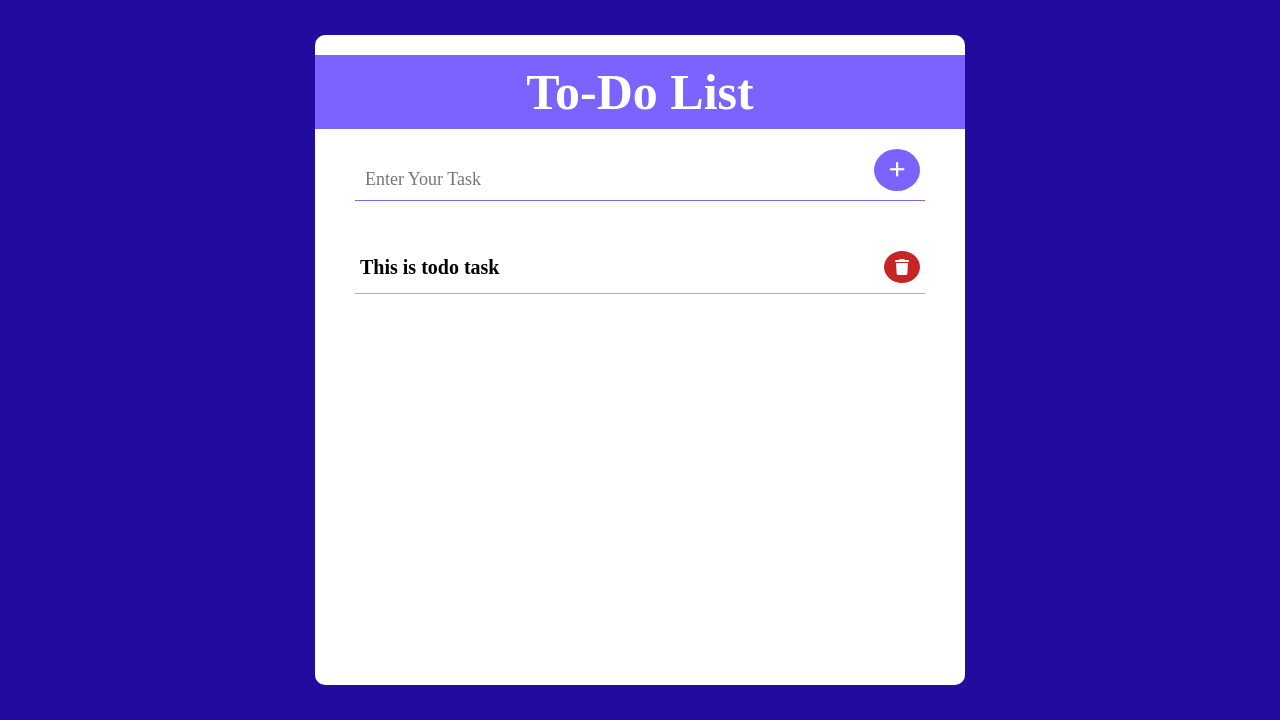
Repository: AliHassan02-Dev/To-Do-App
Page: /, after clicking the first element matching `span.fa-solid`
The author's editor kept a copy of each file at every save. The page is drawn from the files as they stood at one save, then again after the next save.
The browser window is 1280 px wide. The pictures show the whole page.
Some web libraries are served in a nearby version. The project was rebuilt for these pictures with package versions that can differ from the ones it lists, and the page was loaded fresh each time. Also part of the build but not shown: vite.config.js.

Above is the page before, as saved 2024-10-28 12:09:36.

### src/main.jsx
import { StrictMode } from 'react'
import { createRoot } from 'react-dom/client'
import './App.css'
import App from './App.jsx'

createRoot(document.getElementById('root')).render(
  <>
    <App />
  </>,
)

### src/App.css
* {
  margin: 0;
  padding: 0;
  box-sizing: border-box;
  font-family: poppins;
}

.mainWrapper {
  width: 100%;
  height: 100vh;
  background-color: rgb(34, 12, 160);
  display: flex;
  justify-content: center;
  flex-direction: column;
}

.mainWrapper .container {
  width: 100%;
  max-width: 650px;
  height: 650px;
  background-color: white;
  margin: auto;
  border-radius: 10px;
}

.mainWrapper .container .topBar {
  margin: 20px 0px;
}

.mainWrapper .container .topBar h2 {
  width: 100%;
  text-align: center;
  background-color: rgb(122, 99, 255);
  font-size: 50px;
  padding: 8px;
  color: white;
}

.mainWrapper .container .topBar .addTask {
  width: 100%;
  display: flex;
  justify-content: center;
  align-items: center;
  padding: 10px 40px;
  margin-top: 20px;
  position: relative;
}

.mainWrapper .container .topBar .addTask .wrapper {
  width: 100%;
  display: flex;
  justify-content: center;
  align-items: center;
  position: relative;
}

.mainWrapper .container .topBar .addTask input {
  width: 100%;
  border: none;
  border-bottom: 1px solid rgb(122, 99, 255);
  font-size: 18px;
  padding: 10px;
  outline: none;
}

.mainWrapper .container .topBar .addTask span {
  position: absolute;
  bottom: 10px;
  right: 5px;
  background-color: rgb(122, 99, 255);
  color: white;
  font-size: 18px;
  padding: 12px 15px;
  border-radius: 100%;
  cursor: pointer;
}

.mainWrapper .container .bottomBar {
  margin: 20px 0px;
  padding: 10px 40px;
}

.mainWrapper .container .bottomBar ol {
  list-style-type: none;
}

.mainWrapper .container .bottomBar .taskList {
  width: 100%;
  flex-wrap: nowrap;
  display: flex;
  justify-content: space-between;
  align-items: center;
  border-bottom: 1px solid rgba(100, 100, 100, 0.5);
  padding: 10px 5px;
}

.mainWrapper .container .bottomBar .taskList li {
  font-size: 20px;
  font-weight: 600;
}

.mainWrapper .container .bottomBar .taskList span {
  color: white;
  background-color: rgb(199, 37, 37);
  padding: 8px 11px;
  font-size: 16px;
  border-radius: 100%;
  cursor: pointer;
}

### src/App.jsx
import React, { useState } from "react";
import TaskList from "./Components/TaskList";

const App = () => {
  const [taskValue, setTaskValue] = useState("");
  const [TaskItems, setTaskItems] = useState([]);

  const handleEvent = (e) => {
    setTaskValue(e.target.value);
  };

  const addTaskItem = () => {
    setTaskItems((prevItem) => {
      return [...prevItem, taskValue];
    });
    setTaskValue("");
  };

  return (
    <div className="mainWrapper">
      <div className="container">
        <div className="topBar">
          <h2>To-Do List</h2>

          <div className="addTask">
            <div className="wrapper">
              <input
                type="text"
                placeholder="Enter Your Task"
                onChange={handleEvent}
                value={taskValue}
              />
              <span className="fa-solid fa-plus" onClick={addTaskItem}></span>
            </div>
          </div>
        </div>
        <div className="bottomBar">
          <ol>
            {TaskItems.map((elem, idx) => {
              return <TaskList id={idx} key={idx} data={elem} />;
            })}
          </ol>
        </div>
      </div>
    </div>
  );
};

export default App;

### src/Components/TaskList.jsx
import React from "react";

const TaskList = ({ data }) => {
  console.log(data);
  return (
    <div className="taskList">
      <li>This is todo task</li>
      <span className="fa-solid fa-trash"></span>
    </div>
  );
};

export default TaskList;

Loaded but not shown: index.html (common file)

After the next save:
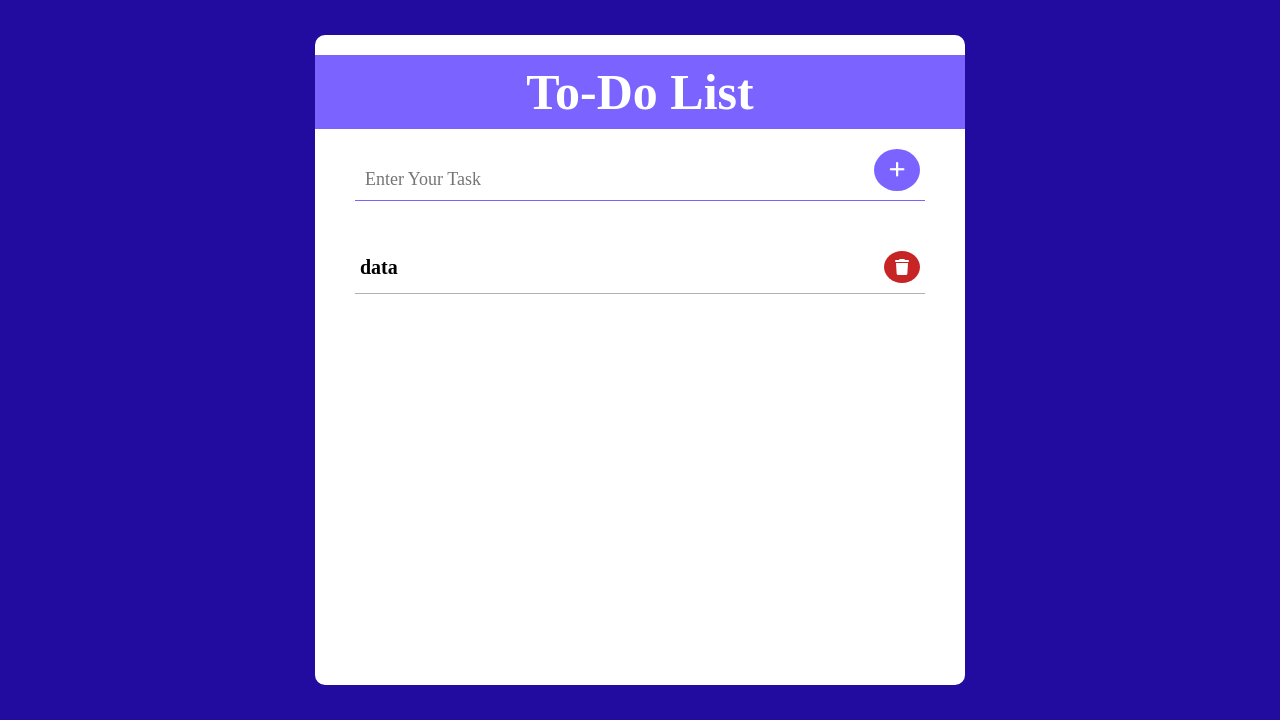
Saved 17 s later.
--- a/src/Components/TaskList.jsx
+++ b/src/Components/TaskList.jsx
@@ -1,10 +1,9 @@
 import React from "react";
 
 const TaskList = ({ data }) => {
-  console.log(data);
   return (
     <div className="taskList">
-      <li>This is todo task</li>
+      <li>data</li>
       <span className="fa-solid fa-trash"></span>
     </div>
   );
